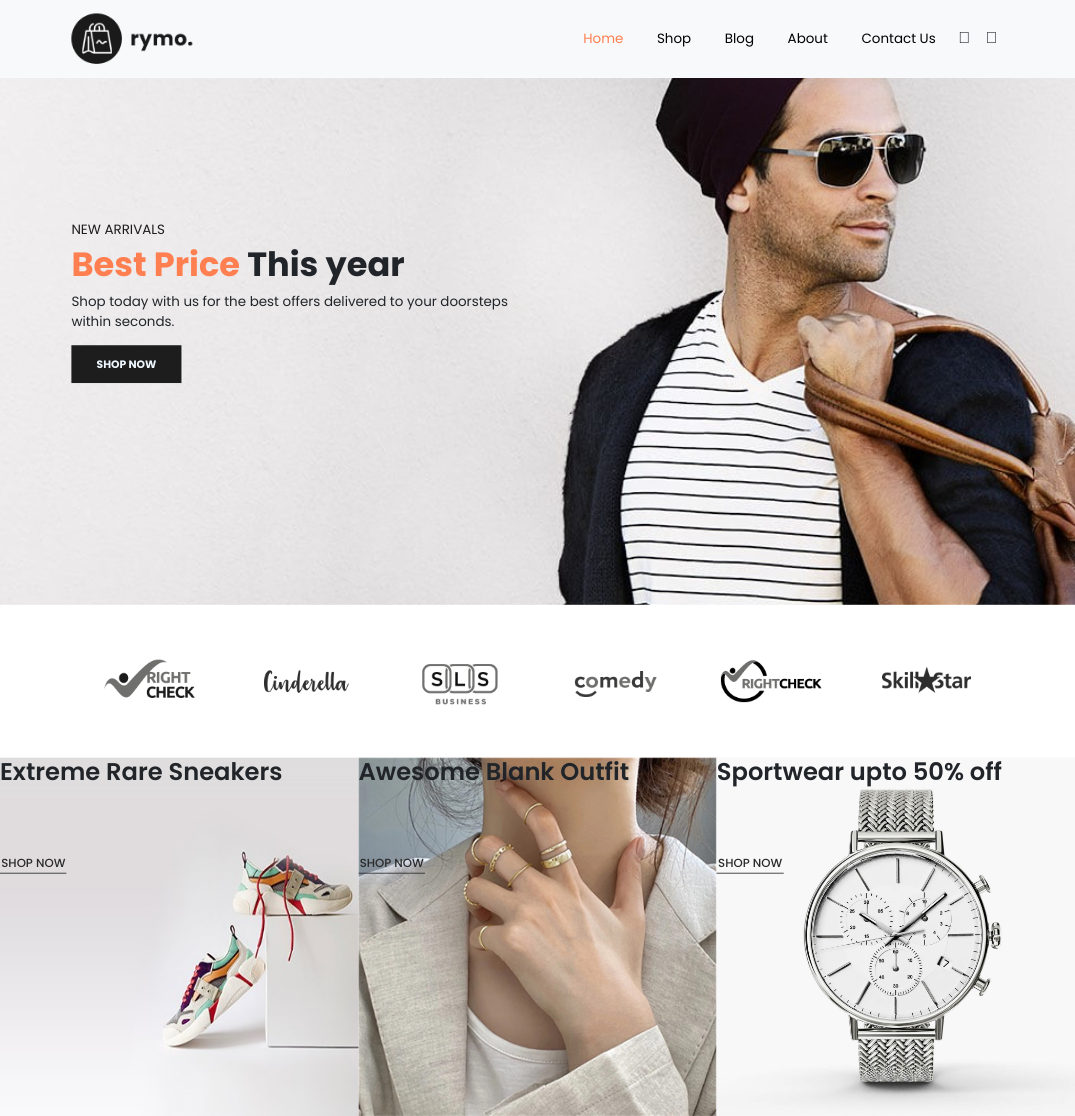
Repository: peter417waweru/e-commerce-UI
Page: index.html
An editor plug-in stored every save of this project. The page is shown before and after the next save, followed by the edit.
The browser window is 1280 px wide. The pictures show the whole page, at 84% of full size.
Some web libraries are served in a nearby version.

Above is the page before, as saved 2025-02-07 20:51:44.

### index.html
<!DOCTYPE html>
<html lang="en">

    <head>
        <meta charset="UTF-8">
        <meta http-equiv="X-UA-Compatible" content="IE=edge">
        <meta name="viewport" content="width=device-width, initial-scale=1.0">
        <title>Ecommerce Website1</title>

        <link rel="stylesheet" href="https://cdn.jsdelivr.net/npm/bootstrap@4.1.3/dist/css/bootstrap.min.css"
         integrity="sha384-MCw98/SFnGE8fJT3GXwEOngsV7Zt27NXFoaoApmYm81iuXoPkFOJwJ8ERdknLPMO" crossorigin="anonymous">

        <link rel="stylesheet" href="https://pro.fontawesome.com/releases/v5.10.0/css/all.css" />

        <link rel="stylesheet" href="./style.css">
    </head>

    <body>

        <nav class="navbar navbar-expand-lg navbar-light bg-light py-3 fixed-top">
            <div class="container">
              <img src="img/logo1.png" alt="">
              <button class="navbar-toggler" type="button" data-bs-toggle="collapse" data-bs-target="#navbarSupportedContent" aria-controls="navbarSupportedContent" aria-expanded="false" aria-label="Toggle navigation">
                <span><i id="bar" class="fas fa-bars"></i></span>
              </button>
              <div class="collapse navbar-collapse" id="navbarSupportedContent">
                <ul class="navbar-nav ml-auto">
                  <li class="nav-item">
                    <a class="nav-link active" aria-current="page" href="#">Home</a>
                  </li>
                  <li class="nav-item">
                    <a class="nav-link" aria-current="page" href="#">Shop</a>
                  </li>
                  <li class="nav-item">
                    <a class="nav-link" aria-current="page" href="#">Blog</a>
                  </li>
                  <li class="nav-item">
                    <a class="nav-link" aria-current="page" href="#">About</a>
                  </li>
                  <li class="nav-item">
                    <a class="nav-link" aria-current="page" href="#">Contact Us</a>
                  </li>
                  <li class="nav-item">
                    <i class="fal fa-search"></i>
                    <i class="fal fa-shopping-bag"></i>
                  </li>


                </ul>

              </div>
            </div>
        </nav>


        <section id="home">
          <div class="container">
            <h5>NEW ARRIVALS</h5>
            <h1><span>Best Price</span> This year</h1>
            <p>Shop today with us for the best offers delivered to your doorsteps <br>
               within seconds.
            </p>
            <button>Shop Now</button>
          </div>
        </section>

        <section id="brand" class="container">
          <div class="row m-0 py-5">
            <img class="img-fluid col-lg-2 col-md-4 col-sm-6" src="img/brand/1.png" alt="">
            <img class="img-fluid col-lg-2 col-md-4 col-sm-6" src="img/brand/2.png" alt="">
            <img class="img-fluid col-lg-2 col-md-4 col-sm-6" src="img/brand/3.png" alt="">
            <img class="img-fluid col-lg-2 col-md-4 col-sm-6" src="img/brand/4.png" alt="">
            <img class="img-fluid col-lg-2 col-md-4 col-sm-6" src="img/brand/5.png" alt="">
            <img class="img-fluid col-lg-2 col-md-4 col-sm-6" src="img/brand/6.png" alt="">
          </div>
        </section>

        <section id="new" class="w-100">
          <div class="row p-0 m-0">
            <div class="one col-lg-4 col-md-12 col-sm-12 p-0">
              <img class="img-fluid" src="img/new/1.jpg" alt="">
              <div class="details">
                <h2>Extreme Rare Sneakers</h2>
                <button class="text-uppercase">shop now</button>

              </div>
            </div>
            <div class="one col-lg-4 col-md-12 col-sm-12 p-0">
              <img class="img-fluid" src="img/new/5.jpg" alt="">
              <div class="details">
                <h2>Awesome Blank Outfit</h2>
                <button class="text-uppercase">shop now</button>
              </div>
            </div>
            <div class="one col-lg-4 col-md-12 col-sm-12 p-0">
              <img class="img-fluid" src="img/new/3.jpg" alt="">
              <div class="details">
                <h2>Sportwear upto 50% off</h2>
                <button class="text-uppercase">shop now</button>
              </div>
            </div>
          </div>

        </section>
        <script src="https://cdn.jsdelivr.net/npm/@popperjs/core@2.9.1/dist/umd/popper.min.js"
            integrity="sha384-SR1sx49pcuLnqZUnnPwx6FCym0wLsk5JZuNx2bPPENzswTNFaQU1RDvt3wT4gWFG"
            crossorigin="anonymous"></script>
        <script src="https://cdn.jsdelivr.net/npm/bootstrap@5.0.0-beta3/dist/js/bootstrap.min.js"
            integrity="sha384-j0CNLUeiqtyaRmlzUHCPZ+Gy5fQu0dQ6eZ/xAww941Ai1SxSY+0EQqNXNE6DZiVc"
            crossorigin="anonymous"></script>
    </body>

</html>

### style.css
@import url("https://fonts.googleapis.com/css2?family=Poppins:wght@100;200;300;400;500;600;700;800;900&display=swap");
* {
  margin: 0;
  padding: 0;
  box-sizing: border-box;
}

body {
  font-family: "Poppins", sans-serif;
}

h1 {
  font-size: 2.5rem;
  font-weight: 700;
}

h2 {
  font-size: 1.8rem;
  font-weight: 600;
}

h3 {
  font-size: 1.4rem;
  font-weight: 800;
}

h4 {
  font-size: 1.1rem;
  font-weight: 600;
}

h5 {
  font-size: 1rem;
  font-weight: 400;
  color: #1d1d1d;
}

h6 {
  color: #d8d8d8;
}

button {
  font-size: 0.8rem;
  font-weight: 700;
  outline: none;
  border: none;
  background-color: #1d1d1d;
  color: aliceblue;
  padding: 13px 30px;
  cursor: pointer;
  text-transform: uppercase;
  transition: 0.3s ease;
}

button:hover {
  background-color: #3a3833;
}

hr {
  width: 30px;
  height: 2px;

}

.navbar {
  font-size: 16px;
  background-color: #d8d8d8;
  top: 0;
  left: 0;
}

.navbar-light .navbar-nav .nav-link{
  padding: 0 20px;
  color: black;
  transition: 0.3s ease;
}

.navbar-light .navbar-nav .nav-link:hover,
.navbar i:hover,
.navbar-light .navbar-nav .nav-link.active,
.navbar i.active
{
  color: coral;
}



.navbar i{
  font-size: 1.2rem;
  padding: 0 7px;
  cursor: pointer;
  transition: 0.3s ease;
}

/* Mobile Nav*/


.navbar-light .navbar-toggler{
  border: none;
  outline: none;
}

#bar {
  font-size: 1.5rem;
  padding: 7px;
  cursor: pointer;
  font-weight: 500;
  color: black;
  transition: 0.3s ease;
}

#bar:hover,
#bar.active{
  color: #fff;
}

@media only screen and (max-width: 990px) {

  body > nav > div > button:hover ,
  body > nav > div > button:focus {
    background-color: #fb774b;
  }

  body > nav > div > button:hover #bar,
  body > nav > div > button:focus #bar {
    background-color: #fb774b;
  }

  #navbarSupportedContent > ul {
    margin: 1rem;
    justify-content: flex-end;
    align-items: flex-end;
    text-align: right;
  }

  #navbarSupportedContent > ul > li:nth-child(n) > a {
    padding: 10px 0;
  }
}


#home {
  background-image: url("img/back.jpg");
  width: 100%;
  height: 100vh;
  background-size: cover;
  background-position: top 70px center;
  display: flex;
  flex-direction: column;
  align-items: flex-start;
  justify-content: center;

}

#home span{
  color: coral;
}

#new .one img{
  width: 100%;
  height: 100%;
  background-position: center center;
  background-repeat: no-repeat;
  background-size: cover;
  position: relative;
}

#new .one .details{
  position: absolute;
  width: 100%;
  height: 10%;
  top: 0;
  left: 0;
  transition: 0.3s ease;
}

#new .one:hover .details{
  cursor: pointer;
  background-color: rgba(255, 178, 178, 0.8);
}

#new .one .details button{
 display: inline-block;
 font-size: 14px;
 font-weight: 500;
 color: #2a2a2a;
 background: none;
 text-transform: uppercase;
 border-bottom: 1px solid #2a2a2a;
 padding: 1.5px;
 transform: translateY(70px);
 transition: 0.3s ease;
}

#new .one .details button:hover{
  cursor: pointer;
}

After the next save:
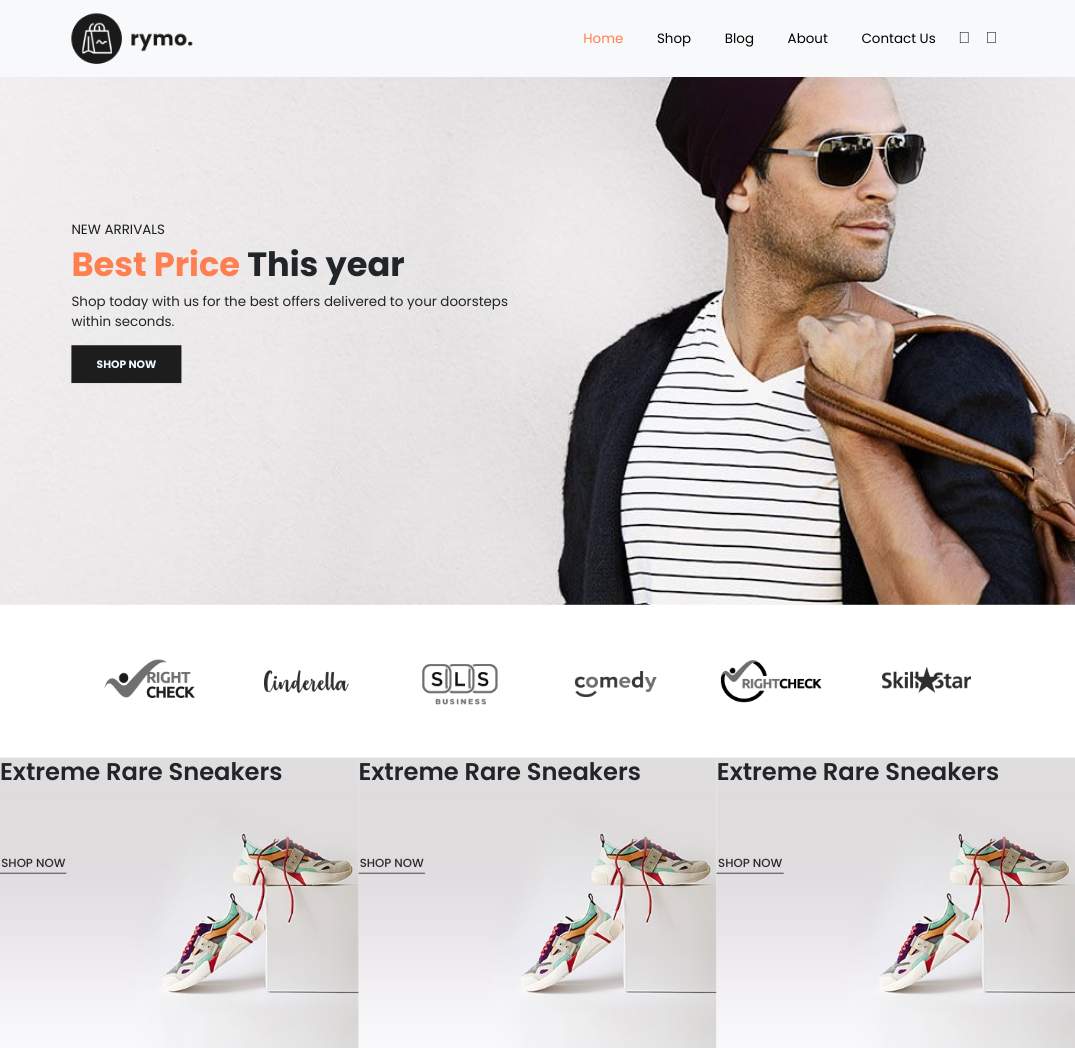
Saved 61 s later.
--- a/index.html
+++ b/index.html
@@ -82,20 +82,19 @@
               <div class="details">
                 <h2>Extreme Rare Sneakers</h2>
                 <button class="text-uppercase">shop now</button>
-
               </div>
             </div>
             <div class="one col-lg-4 col-md-12 col-sm-12 p-0">
-              <img class="img-fluid" src="img/new/5.jpg" alt="">
+              <img class="img-fluid" src="img/new/1.jpg" alt="">
               <div class="details">
-                <h2>Awesome Blank Outfit</h2>
+                <h2>Extreme Rare Sneakers</h2>
                 <button class="text-uppercase">shop now</button>
               </div>
             </div>
             <div class="one col-lg-4 col-md-12 col-sm-12 p-0">
-              <img class="img-fluid" src="img/new/3.jpg" alt="">
+              <img class="img-fluid" src="img/new/1.jpg" alt="">
               <div class="details">
-                <h2>Sportwear upto 50% off</h2>
+                <h2>Extreme Rare Sneakers</h2>
                 <button class="text-uppercase">shop now</button>
               </div>
             </div>
